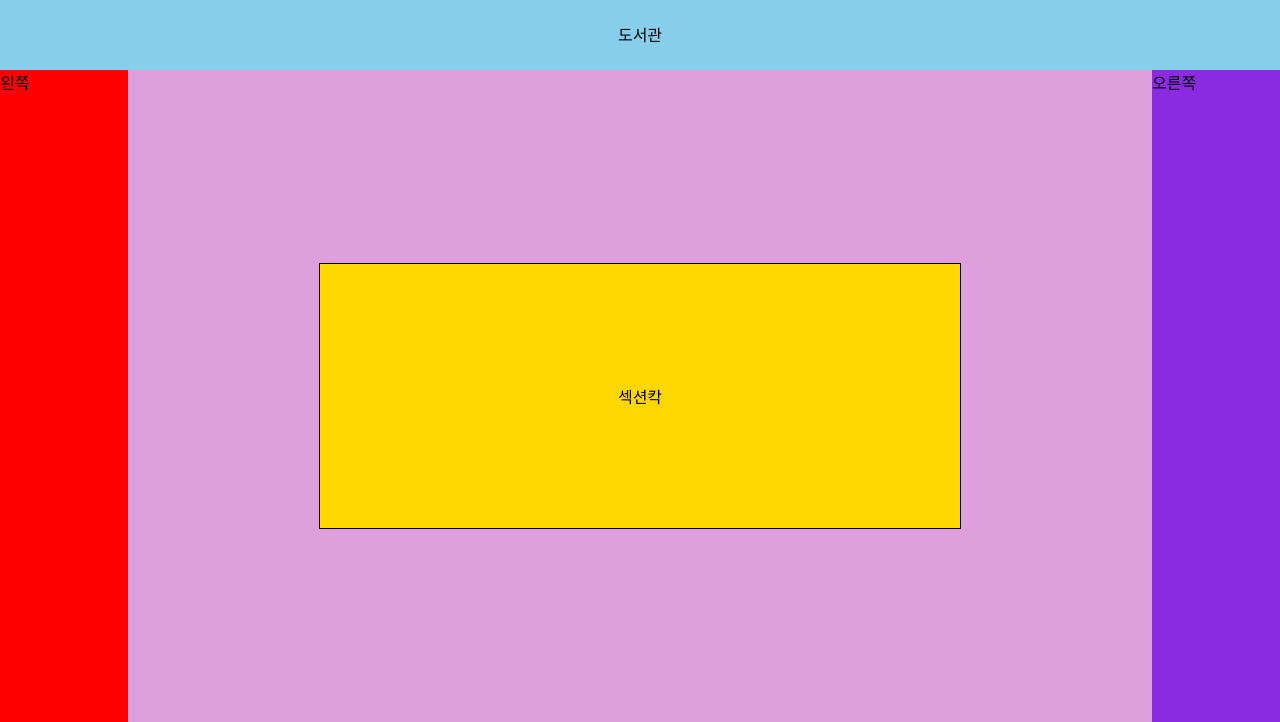
Repository: sojihwan/API_-Multi
Page: / (app in API/)
An editor plug-in stored every save of this project. The page is shown before and after the next save, followed by the edit.
The browser window is 1280 px wide. The pictures show the whole page.
The project was rebuilt for these pictures with package versions that can differ from the ones it lists, and the page was loaded fresh each time. Also part of the build but not shown: API/src/App.css.

Above is the page before, as saved 2022-05-24 15:17:39.

After the next save:
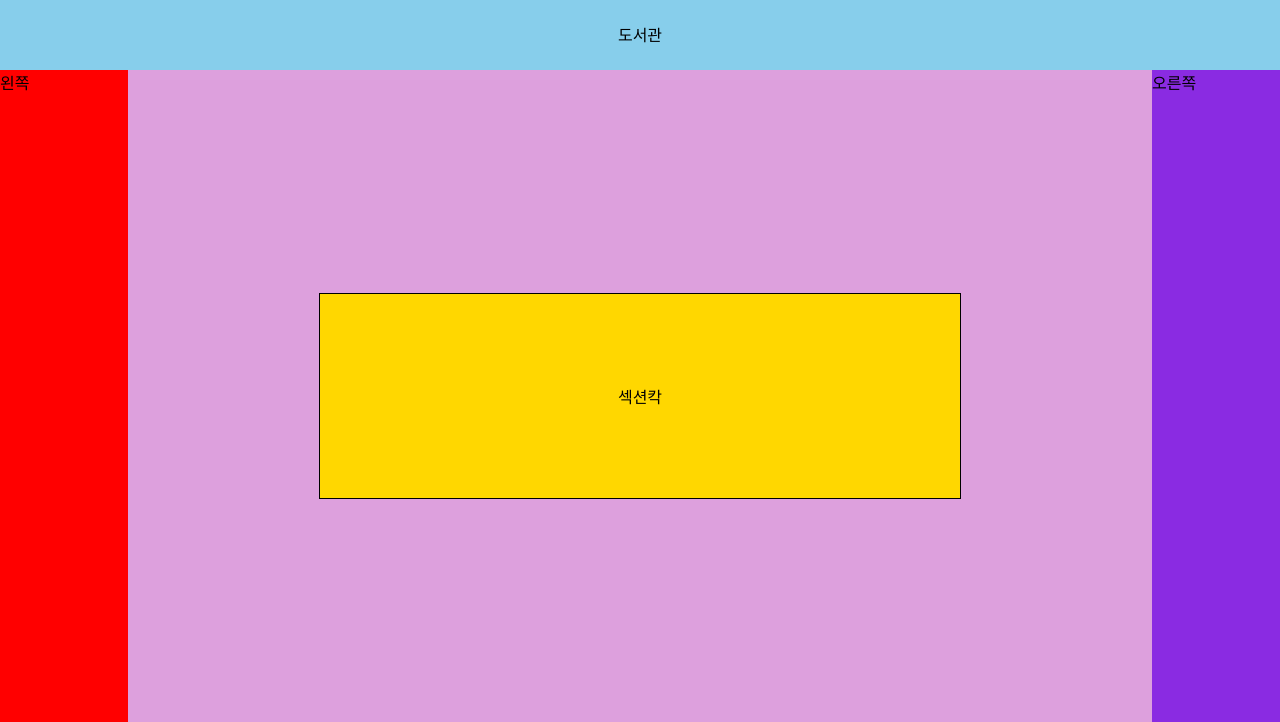
Saved 5 s later.
--- a/API/src/Layout/Section.css
+++ b/API/src/Layout/Section.css
@@ -1,7 +1,7 @@
 .section {
   border: 1px solid black;
   width: 50%;
-  padding: 120px 0;
+  padding: 90px 0;
   background: gold;
   text-align: center;
 
